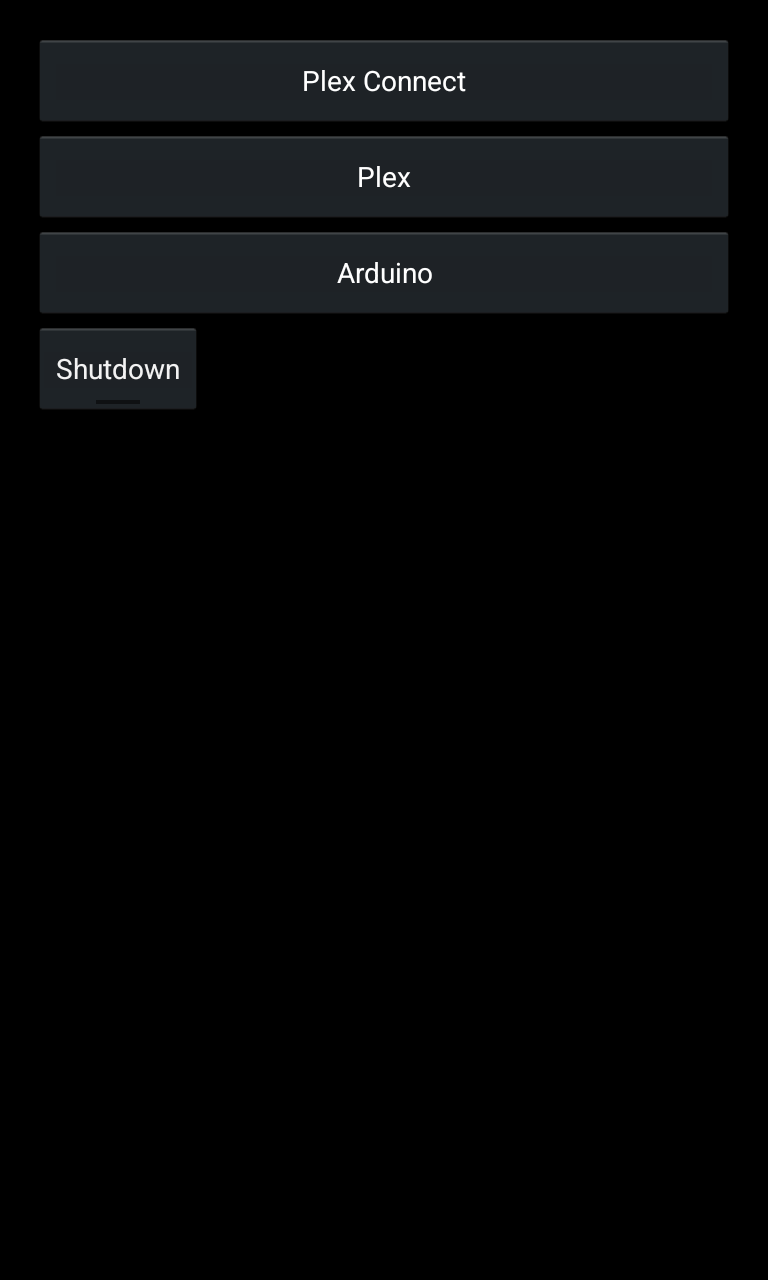
Repository: juanlurie/Android
Layout: TcpClient/res/layout/activity_main.xml
These files come from the project's save history. The layout is drawn as it stood at one moment and after the next save; the edit follows.
It is drawn on a 768 x 1280 px phone screen (xhdpi) without system bars, with theme AppTheme; the app's code is not run.

Above is the layout before, as saved 2013-08-09 07:21:33.

### TcpClient/res/layout/activity_main.xml
<LinearLayout xmlns:android="http://schemas.android.com/apk/res/android"
    xmlns:tools="http://schemas.android.com/tools"
    android:layout_width="match_parent"
    android:layout_height="match_parent"
    android:background="#000000"
    android:orientation="vertical"
    android:paddingBottom="@dimen/activity_vertical_margin"
    android:paddingLeft="@dimen/activity_horizontal_margin"
    android:paddingRight="@dimen/activity_horizontal_margin"
    android:paddingTop="@dimen/activity_vertical_margin"
    tools:context=".MainActivity" >

    <Button
        android:id="@+id/button3"
        style="?android:attr/buttonStyleSmall"
        android:layout_width="match_parent"
        android:layout_height="wrap_content"
        android:onClick="plexConnectClick"
        android:text="Plex Connect"
        android:textColor="#FFFFFF" />

    <Button
        android:id="@+id/button4"
        style="?android:attr/buttonStyleSmall"
        android:layout_width="match_parent"
        android:layout_height="wrap_content"
        android:onClick="plexClick"
        android:text="Plex"
        android:textColor="#FFFFFF" />

    <Button
        android:id="@+id/button5"
        style="?android:attr/buttonStyleSmall"
        android:layout_width="match_parent"
        android:layout_height="wrap_content"
        android:onClick="arduinoClick"
        android:text="Arduino"
        android:textColor="#FFFFFF" />

    <ToggleButton
        android:id="@+id/switch1"
        android:layout_width="wrap_content"
        android:layout_height="wrap_content"
        android:text="Shutdown"
        android:textOff="Shutdown"
        android:textOn="Abort" />

</LinearLayout>

Loaded but not shown: TcpClient/res/values/styles.xml (common file); TcpClient/res/values/dimens.xml (common file)

After the next save:
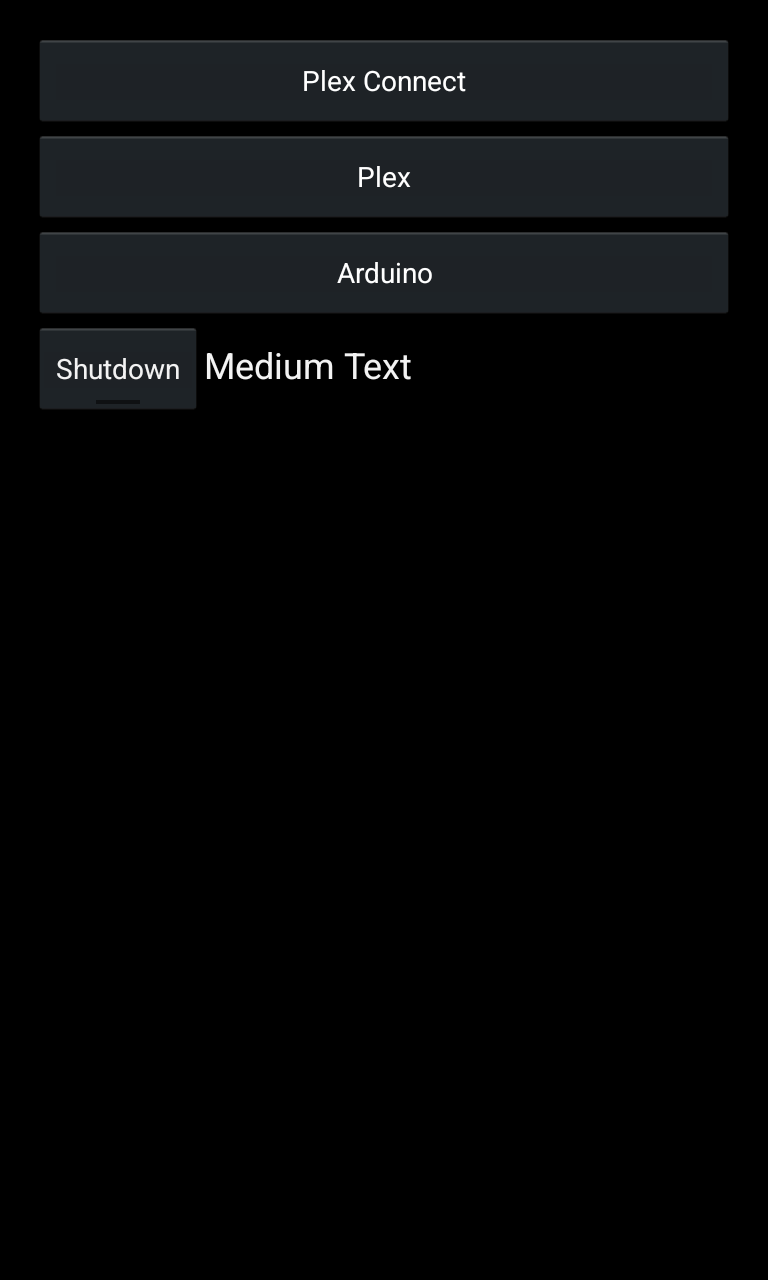
Saved 5 min 15 s later.
--- a/TcpClient/res/layout/activity_main.xml
+++ b/TcpClient/res/layout/activity_main.xml
@@ -37,12 +37,24 @@
         android:text="Arduino"
         android:textColor="#FFFFFF" />
 
-    <ToggleButton
-        android:id="@+id/switch1"
-        android:layout_width="wrap_content"
-        android:layout_height="wrap_content"
-        android:text="Shutdown"
-        android:textOff="Shutdown"
-        android:textOn="Abort" />
+    <LinearLayout
+        android:layout_width="match_parent"
+        android:layout_height="wrap_content" >
+
+        <ToggleButton
+            android:id="@+id/switch1"
+            android:layout_width="wrap_content"
+            android:layout_height="wrap_content"
+            android:text="Shutdown"
+            android:textOff="Shutdown"
+            android:textOn="Abort" />
+
+        <TextView
+            android:id="@+id/textView1"
+            android:layout_width="wrap_content"
+            android:layout_height="wrap_content"
+            android:text="Medium Text"
+            android:textAppearance="?android:attr/textAppearanceMedium" />
+    </LinearLayout>
 
 </LinearLayout>

After the save that followed:
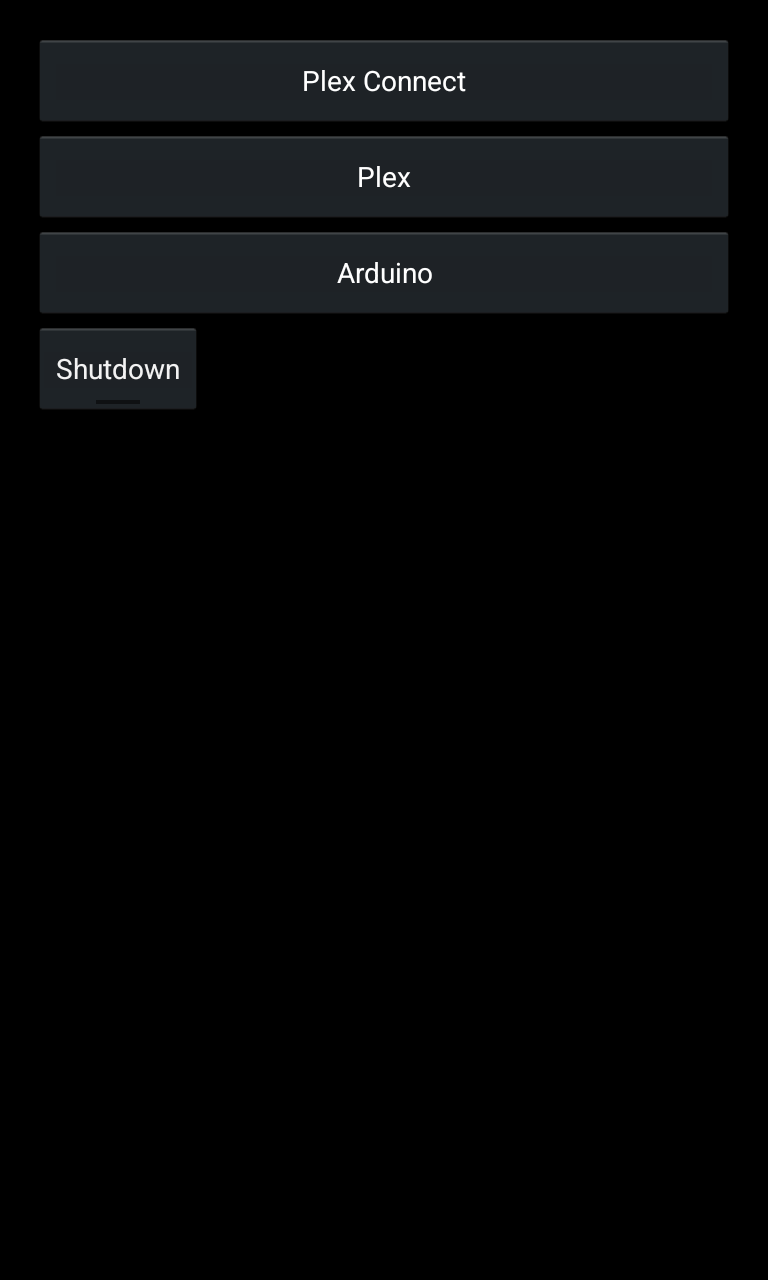
Saved 61 s later.
--- a/TcpClient/res/layout/activity_main.xml
+++ b/TcpClient/res/layout/activity_main.xml
@@ -53,8 +53,7 @@
             android:id="@+id/textView1"
             android:layout_width="wrap_content"
             android:layout_height="wrap_content"
-            android:text="Medium Text"
-            android:textAppearance="?android:attr/textAppearanceMedium" />
+            android:textAppearance="?android:attr/textAppearanceSmall" />
     </LinearLayout>
 
 </LinearLayout>
